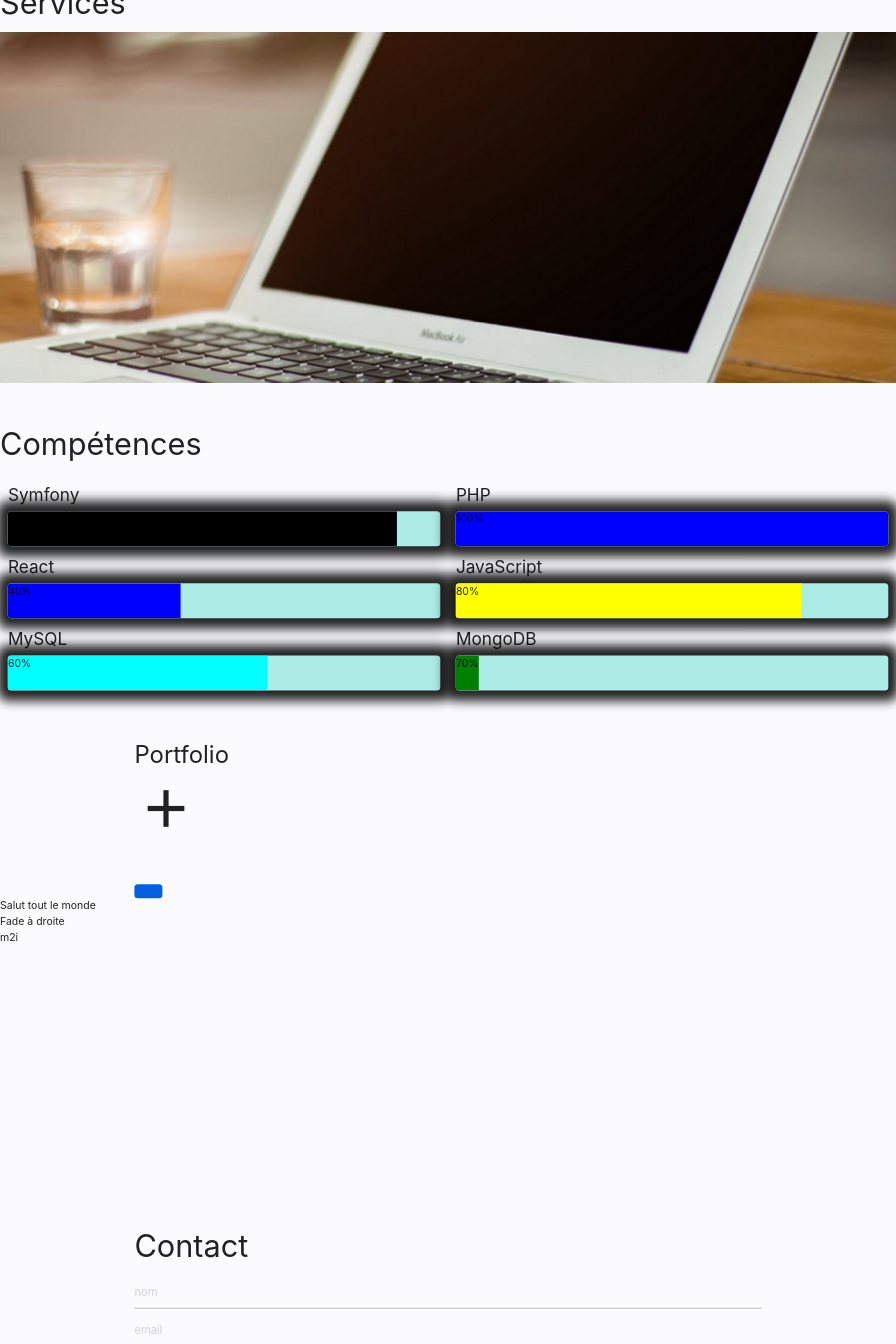
Repository: duncanidaho14/mavitrine
Page: index.html
The author's editor kept a copy of each file at every save. The page is drawn from the files as they stood at one save, then again after a run of saves.
The browser window is 1280 px wide. The pictures show the part of the page from y = 1336 to 3256 px (the page is 4178 px tall), at 70% of full size.

Above is the page before, as saved 2021-06-15 19:32:02.

After the next 2 saves:
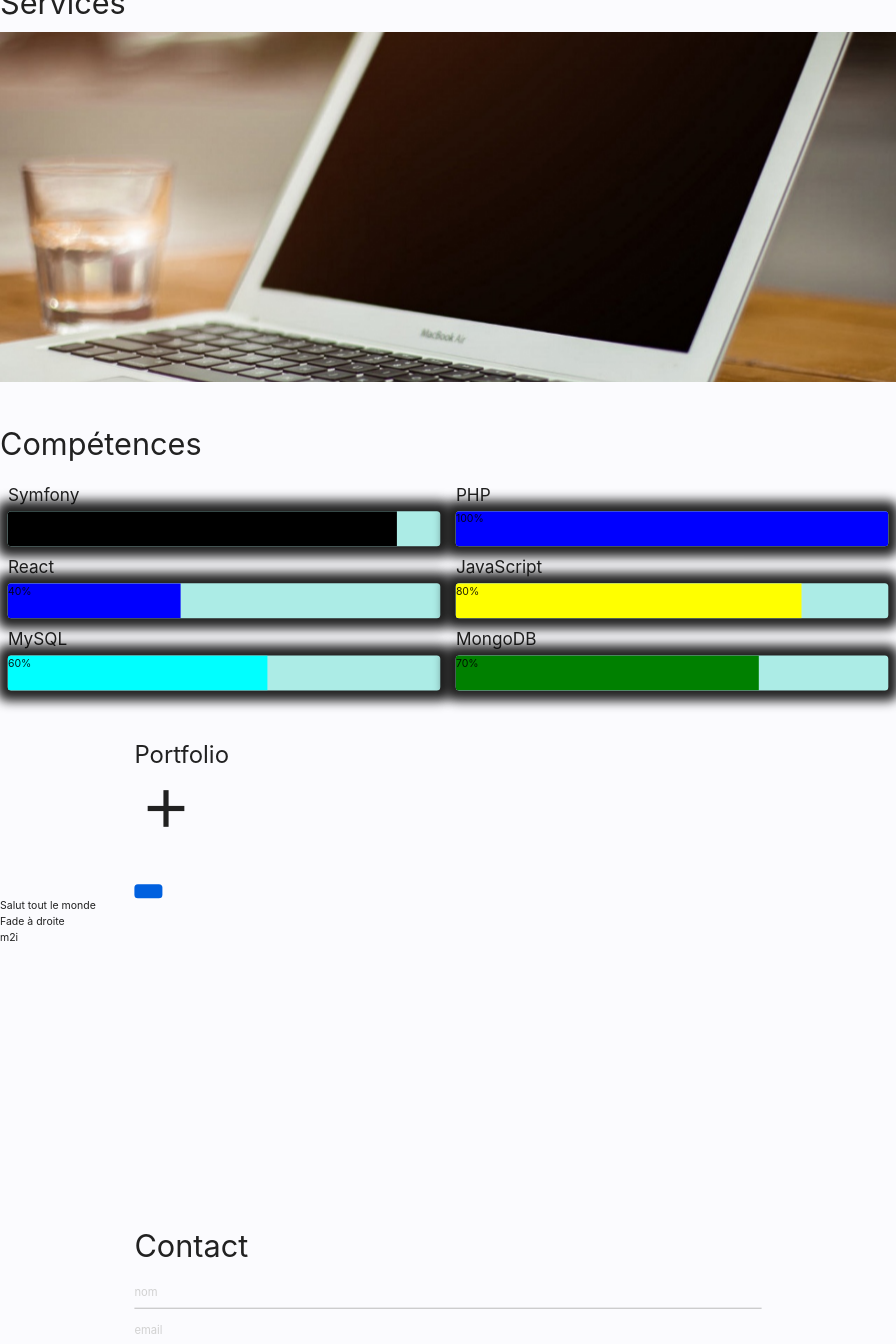
The 2 saves are shown as one change because they came seconds apart.
The last was saved 15 s later.
--- a/assets/js/index.js
+++ b/assets/js/index.js
@@ -27,7 +27,7 @@
         mysql.style.width = mysql.getAttribute('data-done') + '%';
         php.style.width = php.getAttribute('data-done') + '%';
         javascript.style.width = javascript.getAttribute('data-done') + '%';
-        symfony.style.width = symfony.getAttribute('data-done') + '%';
+        mongodb.style.width = mongodb.getAttribute('data-done') + '%';
 
     }else {
         competences.classList.remove('up');
